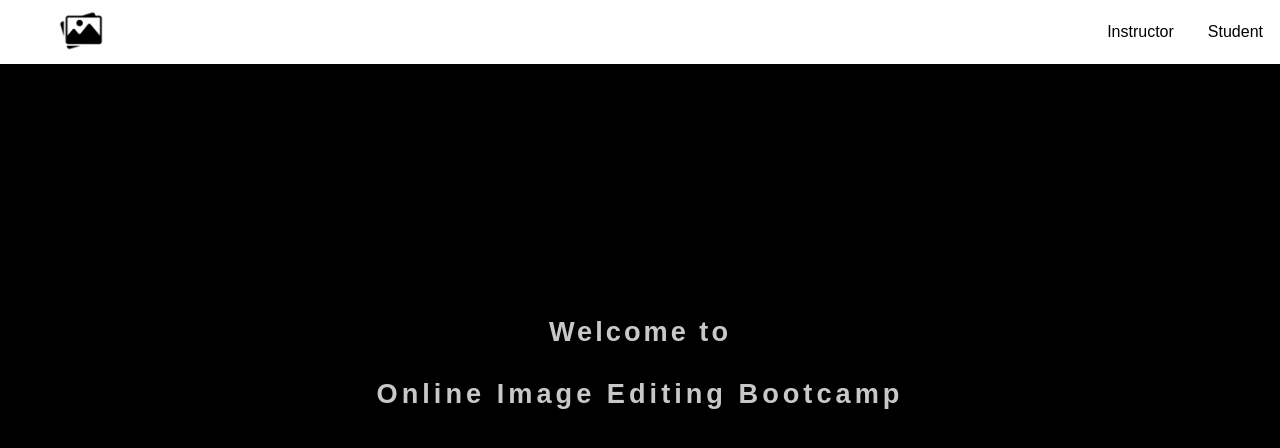
Repository: TanviSanyal/ImageEditingBootcamp
Page: /
An editor plug-in stored every save of this project. The page is shown before and after the next save, followed by the edit.
The browser window is 1280 px wide. The pictures show the whole page.
The project was rebuilt for these pictures with package versions that can differ from the ones it lists, and the page was loaded fresh each time. Also part of the build but not shown: src/shared/components/navigation/SideDrawer.css, src/shared/components/navigation/SideDrawer.js, src/shared/components/UIElements/Backdrop.css, src/shared/components/UIElements/Backdrop.js.

Above is the page before, as saved 2020-09-27 00:56:08.

### public/index.html
<!DOCTYPE html>
<html lang="en">
  <head>
    <meta charset="utf-8" />
    <link rel="icon" href="%PUBLIC_URL%/favicon.ico" />
    <meta name="viewport" content="width=device-width, initial-scale=1" />
    <meta name="theme-color" content="#000000" />
    <meta
      name="description"
      content="Web site created using create-react-app"
    />
    <link rel="apple-touch-icon" href="%PUBLIC_URL%/logo192.png" />
    <link rel="manifest" href="%PUBLIC_URL%/manifest.json" />
    <title>React App</title>
  </head>
  <body>
    <noscript>You need to enable JavaScript to run this app.</noscript>
    <div id="backdrop-hook"></div>
    <div id="modal-hook"></div>
    <div id="drawer-hook"></div>
    <div id="root"></div>
  </body>
</html>

### src/index.css
@import url('https://fonts.googleapis.com/css?family=Open+Sans:400,700&display=swap');

* {
  box-sizing: border-box;
}

html {
  font-family:Arial, Helvetica, sans-serif;
	font-weight:normal;
}

body {
  margin: 0;
  background: black;
}

### src/App.js
import React from 'react';
import {
  BrowserRouter as Router,
  Route,
  Redirect,
  Switch
} from 'react-router-dom';
import './App.css'
import MainNavigation from '../src/shared/components/navigation/MainNavigation';


const App = () => {

  // <Switch>
  //   <Route path="/" exact>
  //     {/* <Users /> */}
  //   </Route>
  //   <Route path="/:userId/places" exact>
  //     {/* <UserPlaces /> */}
  //   </Route>
  //   <Route path="/places/new" exact>
  //     {/* <NewPlace /> */}
  //   </Route>
  //   <Route path='/places/:placeId'>
  //     {/* <UpdatePlace /> */}
  //   </Route>
  //   <Redirect to="/" />
  // </Switch>

  return (
    <Router>
      <MainNavigation />
      <main className="main-body">
        <p className="text1">Welcome to</p>
        <p className="text2"> Online Image Editing Bootcamp</p>
      </main>
    </Router>
  );
};

export default App;

### src/App.css

.main-body{
  text-align: center;
  padding-top: 29vh;
  padding-left: 3%;
  padding-right: 3%;
}

.text1{
  color:rgb(200,200,200);
  font-size: 170%;
  letter-spacing: 3PX;
  font-weight: 700;
  animation: text 3s 1;
}
.text2{
  color: rgb(200,200,200);
  font-size: 170%;
  letter-spacing: 4PX;
  line-height: 37PX;
  font-weight: 700;
}

@keyframes text{
  0%{
    color: black;
    margin-bottom: -40px;
  }
  30%{
    letter-spacing: 20px;
    /* margin-bottom: -40px; */
  }

}

### src/shared/components/navigation/MainNavigation.js
import React, { useState } from 'react';
import { Link } from 'react-router-dom';
import logo from '../../../../src/images/image.jpg';

import MainHeader from './MainHeader';
import NavLinks from './NavLinks';
import SideDrawer from './SideDrawer';
import Backdrop from '../UIElements/Backdrop';
import './MainNavigation.css';

const MainNavigation = props => {
  // const [drawerIsOpen, setDrawerIsOpen] = useState(false);

  // const openDrawerHandler = () => {
  //   setDrawerIsOpen(true);
  // };

  // const closeDrawerHandler = () => {
  //   setDrawerIsOpen(false);
  // };

  return (
    <React.Fragment>


      <MainHeader>

        <div >
        <a className="main-navigation__logo" href="/"><img src={logo}/></a>
        </div>
        <nav className="main-navigation__header-nav">
          <NavLinks />
        </nav>
      </MainHeader>
    </React.Fragment>
  );
};

export default MainNavigation;

### src/shared/components/navigation/MainHeader.js
import React from 'react';

import './MainHeader.css';

const MainHeader = props => {
  return <header className="main-header">{props.children}</header>;
};

export default MainHeader;

### src/shared/components/navigation/NavLinks.js
import React,{useContext} from 'react';
import './NavLinks.css';
import {NavLink} from 'react-router-dom';
// import {AuthContext} from '../../context/auth-context';

const NavLinks = props => {

    // const auth = useContext(AuthContext);
    return(
        <ul className="nav-links">
            <li>
                <NavLink to="/" exact>Instructor</NavLink>
            </li>
           <li>
                <NavLink to="/u1/places">Student</NavLink>
            </li>
        </ul>
    );
};

export default NavLinks;

### src/shared/components/navigation/MainNavigation.css
/* .main-navigation__menu-btn {
    width: 2rem;
    height: 2rem;
    background: black;
    border: none;
    display: flex;
    flex-direction: column;
    justify-content: space-around;
    margin-right: 2rem;
    cursor: pointer;
  }

  .main-navigation__menu-btn span {
    display: block;
    width: 3rem;
    height: 2.5px;
    background: white;
  } */


  .main-navigation__header-nav {
    display: block;
  }
  .main-navigation__logo{
    margin-left: 2rem;
  }

  /* .main-navigation__drawer-nav {
    height: 100%;
  } */
  img{
    height:20%;
    width: 20%;
  }

  /* @media (min-width: 768px) {
    .main-navigation__menu-btn {
      display: none;
    }

    .main-navigation__header-nav {
      display: block;
    }
  } */

### src/shared/components/navigation/MainHeader.css
.main-header {
    width: 100%;
    height: 4rem;
    display: flex;
    align-items: center;
    position: fixed;
    top: 0;
    left: 0;
    background: white;
    box-shadow: 0 2px 6px rgba(0, 0, 0, 0.26);
    padding-left: 2%;
    justify-content: space-between;

  }

  main {
    margin-top: 5rem;
  }

  @media (min-width: 768px) {
    .main-header {
      justify-content: space-between;
    }
  }

### src/shared/components/navigation/NavLinks.css
.nav-links {
    list-style: none;
    margin: 0;
    padding: 0;
    width: 100%;
    height: 100%;
    display: flex;
    flex-direction: column;
    justify-content: center;
    align-items: center;
  }

  .nav-links li {
    margin: 1rem;
  }

  .nav-links a {
    border: 1px solid transparent;
    color: #292929;
    text-decoration: none;
    padding: 0.5rem;
  }

  .nav-links a:hover,
  .nav-links a:active {
    background: black;
    border-color: #292929;
    color: white;
  }

  .nav-links button {
    cursor: pointer;
    border: 1px solid #292929;
    color: #292929;
    background: transparent;
    padding: 0.5rem;
    font: inherit;
  }

  .nav-links button:focus {
    outline: none;
  }

  .nav-links button:hover,
  .nav-links button:active {
    background: #292929;
    color: black;
  }

  @media (min-width: 768px) {
    .nav-links {
      flex-direction: row;
    }

    .nav-links li {
      margin: 0 0.5rem;
    }

    .nav-links a {
      color: black;
      text-decoration: none;
    }

    .nav-links button {
      border: 1px solid white;
      color: white;
      background: transparent;
    }

    .nav-links button:hover,
    .nav-links button:active {
      background: black;
      color: #292929;
    }
  }

Loaded but not shown: src/index.js (common file)

After the next save:
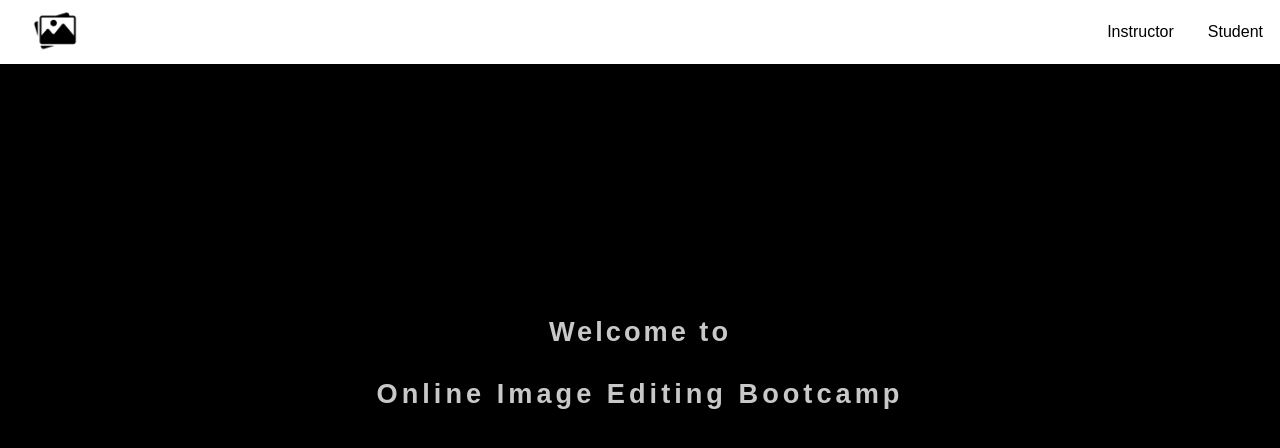
Saved 97 s later.
--- a/src/shared/components/navigation/MainHeader.css
+++ b/src/shared/components/navigation/MainHeader.css
@@ -7,8 +7,6 @@
     top: 0;
     left: 0;
     background: white;
-    box-shadow: 0 2px 6px rgba(0, 0, 0, 0.26);
-    padding-left: 2%;
     justify-content: space-between;
 
   }
